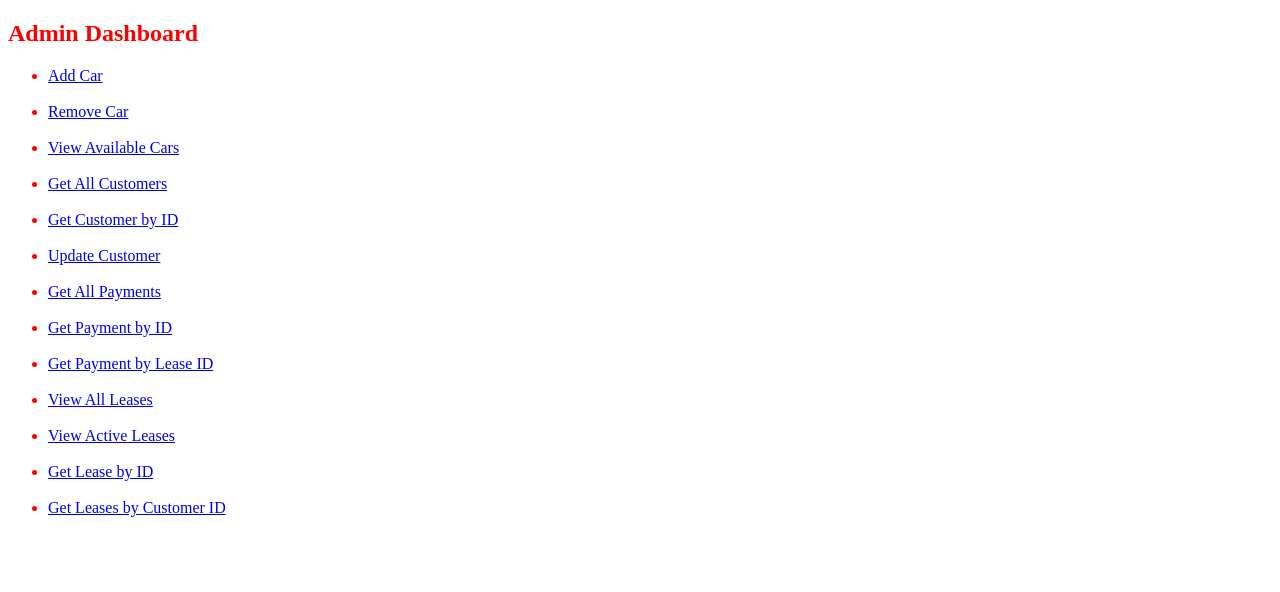
Repository: NirmalyaSatapathy/NirmalyaSatapathyProjects
Page: CarRental/CarRental/src/main/webapp/admin.html
An editor plug-in stored every save of this project. The page is shown before and after the next save, followed by the edit.
The browser window is 1280 px wide. The pictures show the whole page.

Above is the page before, as saved 2025-05-05 06:15:24.

### CarRental/CarRental/src/main/webapp/admin.html
<!DOCTYPE html>
<html>
<head>
<meta charset="UTF-8">
<title>Insert title here</title>

</head>
<body style="color:red;">
 <h2>Admin Dashboard</h2>
    <ul>
        <li><a href="addCar.html">Add Car</a></li><br>
        <li><a href="removeCar.html">Remove Car</a></li><br>
        <li><a href="viewCar.html">View Available Cars</a></li><br>
        <li><a href="getAllCustomers.html">Get All Customers</a></li><br>
        <li><a href="getCustomerById.html">Get Customer by ID</a></li><br>
        <li><a href="updateCustomer.html">Update Customer</a></li><br>
        <li><a href="getAllPayments.html">Get All Payments</a></li><br>
        <li><a href="getPaymentsById.html">Get Payment by ID</a></li><br>
        <li><a href="getPaymentbyLease.html">Get Payment by Lease ID</a></li><br>
        <li><a href="allLeases.html">View All Leases</a></li><br>
        <li><a href="activeLeases.html">View Active Leases</a></li><br>
        <li><a href="getLease.html">Get Lease by ID</a></li><br>
        <li><a href="getLeaseCustomer.html">Get Leases by Customer ID</a></li><br>
    </ul>
</body>
</html>

After the next save:
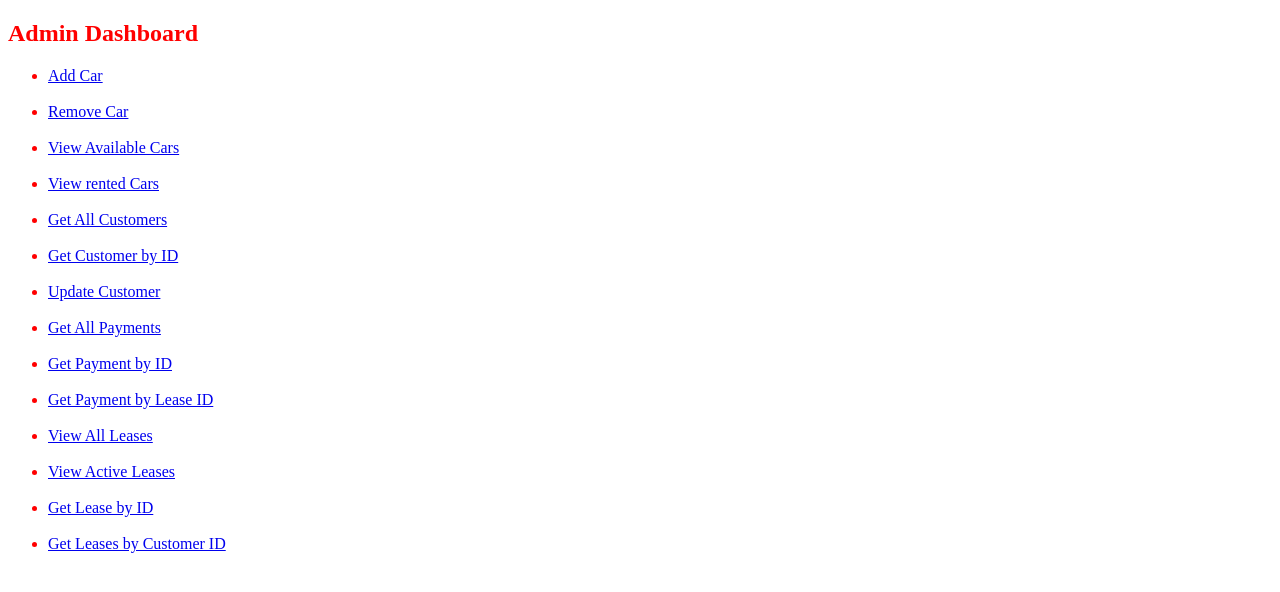
Saved 4 min 8 s later.
--- a/CarRental/CarRental/src/main/webapp/admin.html
+++ b/CarRental/CarRental/src/main/webapp/admin.html
@@ -11,6 +11,7 @@
         <li><a href="addCar.html">Add Car</a></li><br>
         <li><a href="removeCar.html">Remove Car</a></li><br>
         <li><a href="viewCar.html">View Available Cars</a></li><br>
+        <li><a href="rented.html">View rented Cars</a></li><br>
         <li><a href="getAllCustomers.html">Get All Customers</a></li><br>
         <li><a href="getCustomerById.html">Get Customer by ID</a></li><br>
         <li><a href="updateCustomer.html">Update Customer</a></li><br>
